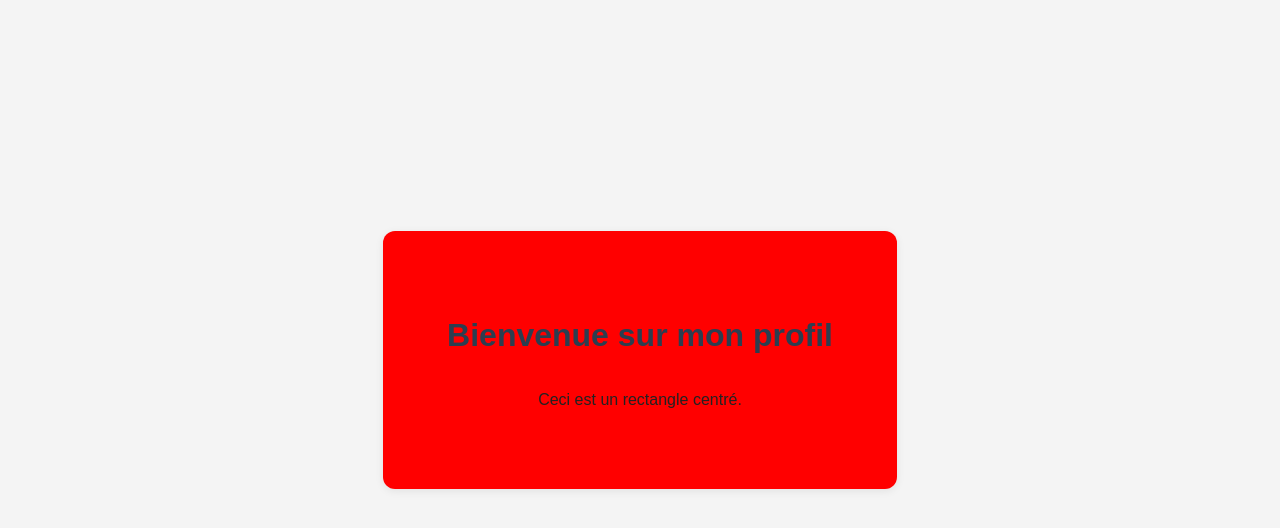
Repository: quadrinex/profile
Page: index.html
An editor plug-in stored every save of this project. The page is shown before and after the next save, followed by the edit.
The browser window is 1280 px wide. The pictures show the whole page.

Above is the page before, as saved 2025-06-30 16:18:02.

After the next save:
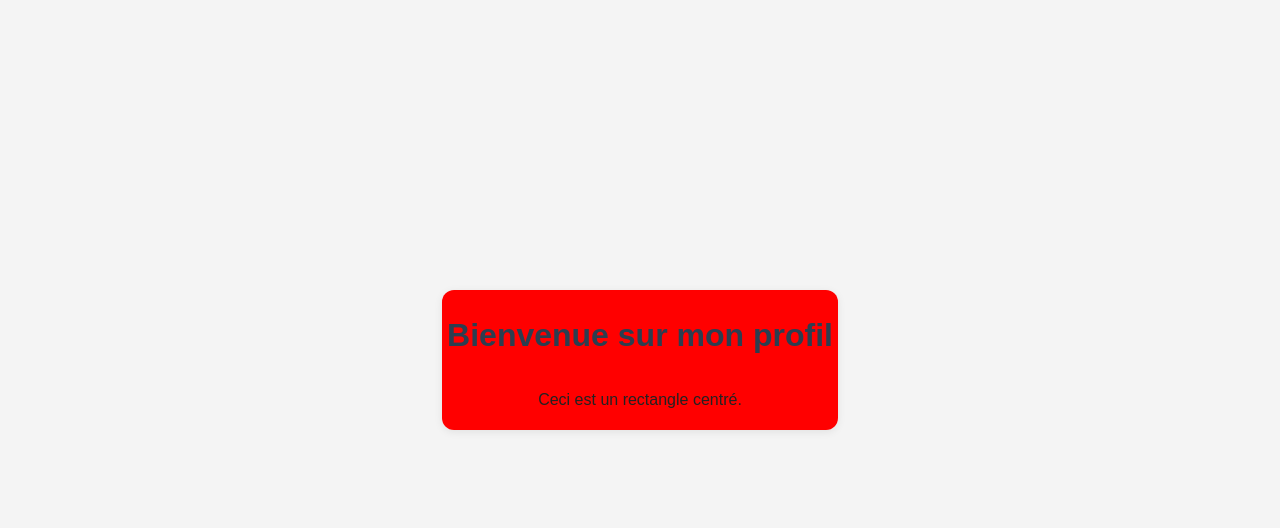
Saved 39 s later.
--- a/main.css
+++ b/main.css
@@ -33,6 +33,6 @@
     inset: 0px;
     margin: auto;
     flex-direction: column;
-    padding: 5vw;
+    padding: 5px;
 
 }
